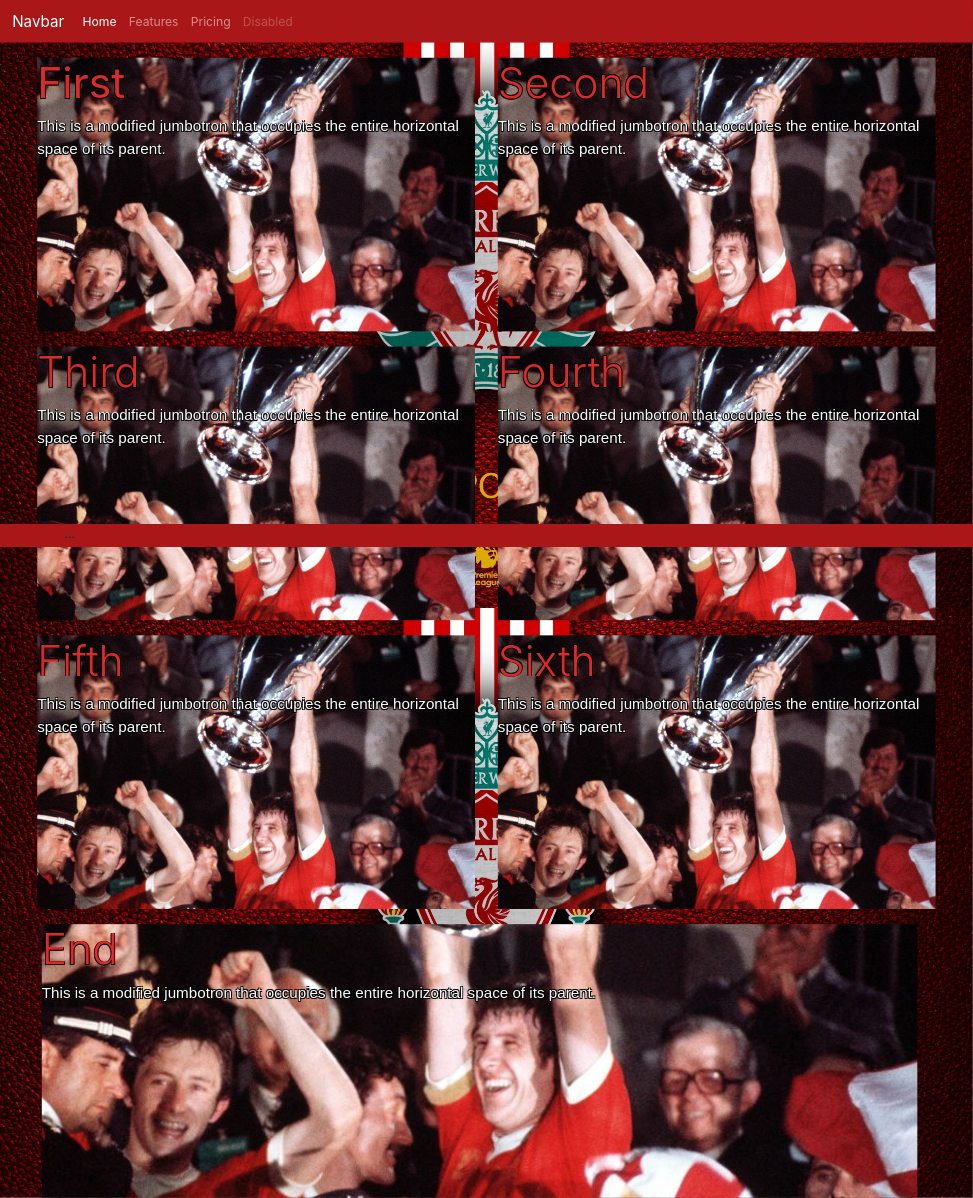
Repository: DalyAD/allez-2
Page: page1.html
The author's editor kept a record of every edit. The page is drawn from the files as they stood at one moment, then again after the next edit.
The browser window is 1280 px wide. The pictures show the whole page, at 76% of full size.
Backgrounds fixed to the window are drawn as part of the page.

Above is the page before.

After the next edit:
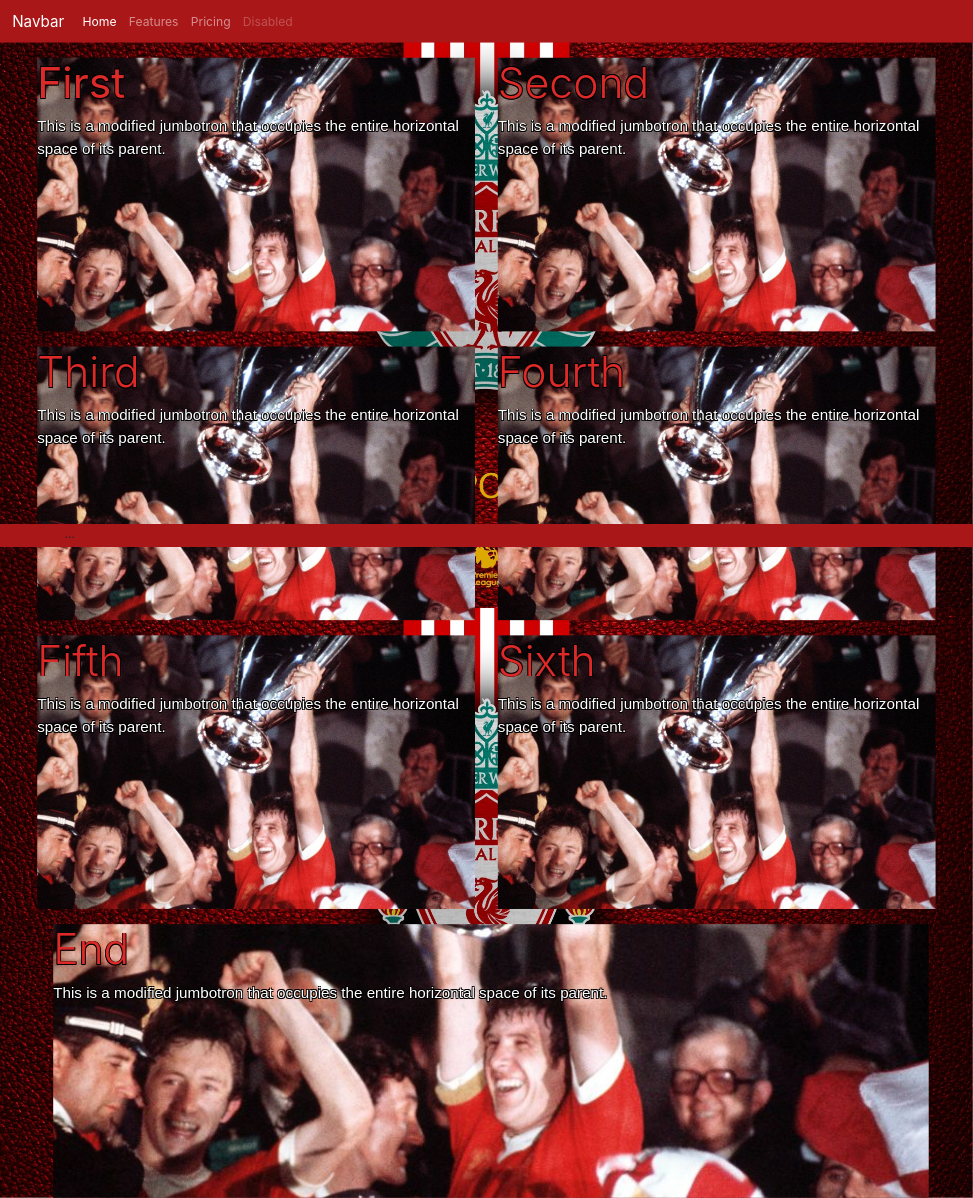
The edit:
--- a/page1.html
+++ b/page1.html
@@ -43,42 +43,43 @@
                         <p class="lead">This is a modified jumbotron that occupies the entire horizontal space of its parent.</p>
                     </div>
                 </div>
+            </div>
+            <div class="row">
+                <div class="col-sm-12 col-lg-6">
+                    <div class="third">
+                        <h1 class="display-4">Third</h1>
+                        <p class="lead">This is a modified jumbotron that occupies the entire horizontal space of its parent.</p>
+                    </div>
+                </div>
+                <div class="col-sm-12 col-lg-6">
+                    <div class="fourth">
+                        <h1 class="display-4">Fourth</h1>
+                        <p class="lead">This is a modified jumbotron that occupies the entire horizontal space of its parent.</p>
+                    </div>
+                </div>
                 <div class="row">
                     <div class="col-sm-12 col-lg-6">
-                        <div class="third">
-                            <h1 class="display-4">Third</h1>
+                        <div class="fifth">
+                            <h1 class="display-4">Fifth</h1>
                             <p class="lead">This is a modified jumbotron that occupies the entire horizontal space of its parent.</p>
                         </div>
                     </div>
                     <div class="col-sm-12 col-lg-6">
-                        <div class="fourth">
-                            <h1 class="display-4">Fourth</h1>
+                        <div class="sixth">
+                            <h1 class="display-4">Sixth</h1>
                             <p class="lead">This is a modified jumbotron that occupies the entire horizontal space of its parent.</p>
                         </div>
                     </div>
-                    <div class="row">
-                        <div class="col-sm-12 col-lg-6">
-                            <div class="fifth">
-                                <h1 class="display-4">Fifth</h1>
-                                <p class="lead">This is a modified jumbotron that occupies the entire horizontal space of its parent.</p>
-                            </div>
-                        </div>
-                        <div class="col-sm-12 col-lg-6">
-                            <div class="sixth">
-                                <h1 class="display-4">Sixth</h1>
-                                <p class="lead">This is a modified jumbotron that occupies the entire horizontal space of its parent.</p>
-                            </div>
-                        </div>
-                    </div>
-                    <div class="row">
-                        <div class="col">
-                            <div class="end">
-                                <h1 class="display-4">End</h1>
-                                <p class="lead">This is a modified jumbotron that occupies the entire horizontal space of its parent.</p>
-                            </div>
+                </div>
+                <div class="row">
+                    <div class="col">
+                        <div class="end">
+                            <h1 class="display-4">End</h1>
+                            <p class="lead">This is a modified jumbotron that occupies the entire horizontal space of its parent.</p>
                         </div>
                     </div>
                 </div>
+
 
         </div>
 
